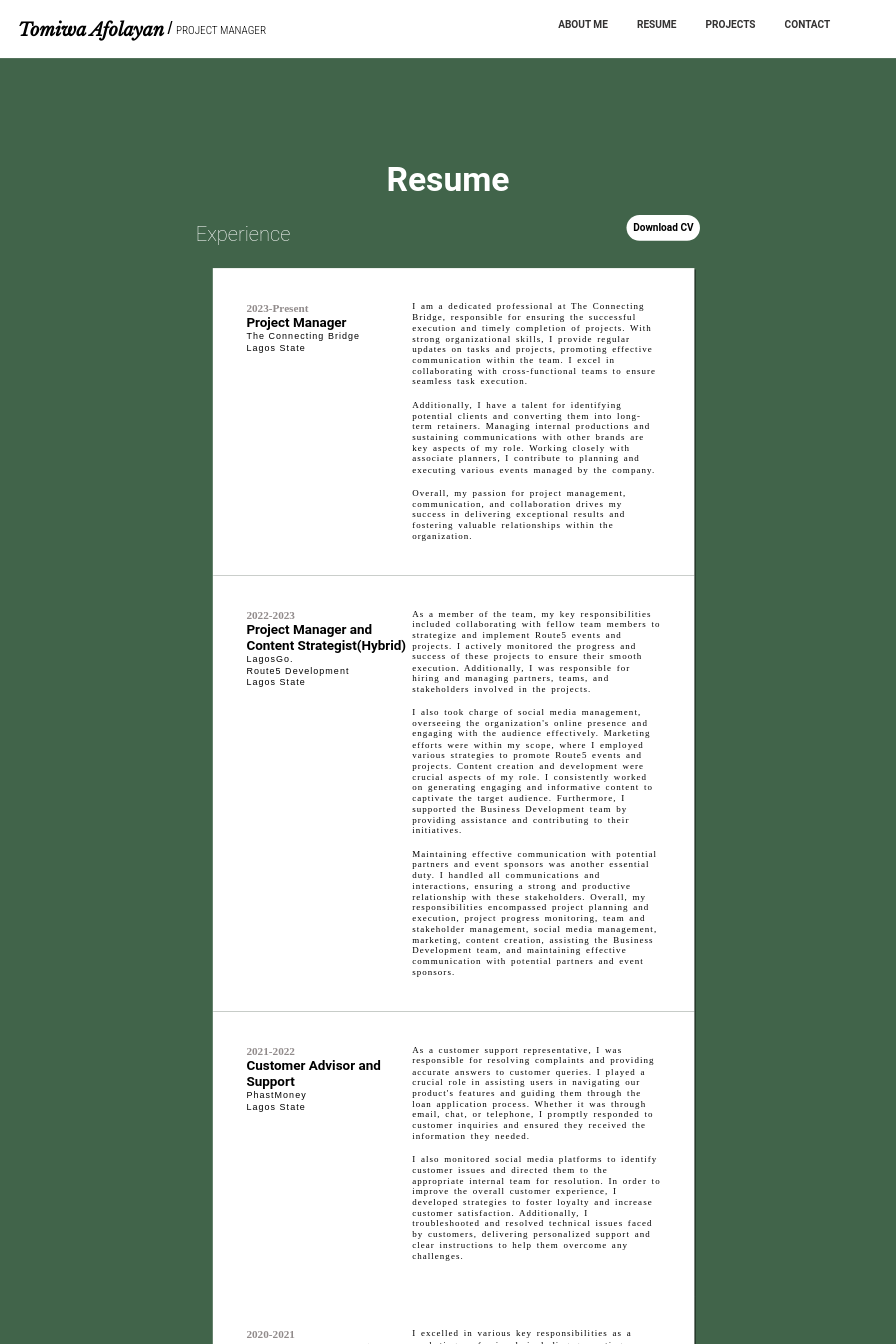
Repository: Nenepo/Tomiwa
Page: resume.html
The author's editor kept a copy of each file at every save. The page is drawn from the files as they stood at one save, then again after a run of saves.
The browser window is 1280 px wide. The pictures show the part of the page from y = 0 to 1920 px (the page is 4880 px tall), at 70% of full size.
Some web fonts or font styles are not loaded; a fallback is used. Some web libraries are served in a nearby version.

Above is the page before, as saved 2023-07-14 10:50:51.
Console error: TypeError: Cannot read properties of null (reading 'addEventListener')

### resume.html
<html lang="en">
  <head>
    <meta charset="UTF-8" />
    <meta http-equiv="X-UA-Compatible" content="IE=edge" />
    <meta name="viewport" content="width=device-width, initial-scale=1.0" />
    <meta title="" />

    <!-- Description Tag -->
    <meta
      name="description"
      content="I identify the project's goals, objectives, and scope and I also create a project plan that outlines the tasks, timelines, and resources required. Learn more about Tomiwa Afolayan's expertise and achievements in project management."
    />

    <!-- Keywords Tag -->
    <meta
      name="keywords"
      content="project manager, strategic planning, user experience, team leadership, agile methodology, market research, project management,  project planning, risk management"
    />

    <!-- Open Graph (OG) Tags -->
    <meta
      name="og:title"
      content="Tomiwa Afolayan - Project Manager | Agile Methodology | Stakeholder Management"
    />
    <meta
      name="og:description"
      content="Experienced project manager skilled in agile methodology, stakeholder management, and delivering successful projects."
    />
    <meta name="og:image" content="http://example.com/image.jpg" />

    <!-- Twitter Card Tags -->
    <meta
      name="twitter:title"
      content="Tomiwa Afolayan - Project Manager | Agile Methodology | Stakeholder Management"
    />
    <meta
      name="twitter:description"
      content="Experienced project manager skilled in agile methodology, stakeholder management, and delivering successful projects."
    />
    <meta name="twitter:image" content="http://example.com/image.jpg" />
    <link rel="preconnect" href="https://fonts.googleapis.com" />
    <link rel="preconnect" href="https://fonts.gstatic.com" crossorigin />
    <script
      src="https://kit.fontawesome.com/abc87d4716.js"
      crossorigin="anonymous"
    ></script>
    <link
      href="https://fonts.googleapis.com/css2?family=Libre+Baskerville:ital@1&family=Noto+Serif+Georgian:wght@800&family=Roboto+Condensed:wght@300;700&display=swap"
      rel="stylesheet"
    />
    <!-- Title Tag -->
    <title>
      Tomiwa Afolayan - Product Manager | Strategic Planning | User Experience
    </title>
    <link href="styles.css" rel="stylesheet" />
  </head>
  <body>
    <iframe
      class="header-frame"
      src="header.html"
      frameborder="0"
      scrolling="no"
      seamless
    ></iframe>
    <main>
      <section class="container-resume">
        <h2 class="resume">Resume</h2>
        <div class="experience">
          <div><h3>Experience</h3></div>
          <div> <a class="cv" href="../../cv/TomiwaCV.pdf" download>Download CV</a></div>

        </div>
        <div class="resume-box">
          <div class="resume-box1">
            <div class="details">
              <h4>2023-Present</h4>
              <h3>Project Manager</h3>
              <p>The Connecting Bridge</p>
              <p>Lagos State</p>
            </div>
            <div class="description">
              <p>
                I am a dedicated professional at The Connecting Bridge,
                responsible for ensuring the successful execution and timely
                completion of projects. With strong organizational skills, I
                provide regular updates on tasks and projects, promoting
                effective communication within the team. I excel in
                collaborating with cross-functional teams to ensure seamless
                task execution.
              </p>
              <br />
              <p>
                Additionally, I have a talent for identifying potential clients
                and converting them into long-term retainers. Managing internal
                productions and sustaining communications with other brands are
                key aspects of my role. Working closely with associate planners,
                I contribute to planning and executing various events managed by
                the company.
              </p>
              <br />
              <p>
                Overall, my passion for project management, communication, and
                collaboration drives my success in delivering exceptional
                results and fostering valuable relationships within the
                organization.
              </p>
            </div>
          </div>
          <div class="resume-box1">
            <div class="details">
              <h4>2022-2023</h4>
              <h3>Project Manager and Content Strategist(Hybrid)</h3>
              <p>LagosGo.</p>
              <p>Route5 Development</p>
              <p>Lagos State</p>
            </div>
            <div class="description">
              <p>
                As a member of the team, my key responsibilities included
                collaborating with fellow team members to strategize and
                implement Route5 events and projects. I actively monitored the
                progress and success of these projects to ensure their smooth
                execution. Additionally, I was responsible for hiring and
                managing partners, teams, and stakeholders involved in the
                projects.
              </p>
              <br />
              <p>
                I also took charge of social media management, overseeing the
                organization's online presence and engaging with the audience
                effectively. Marketing efforts were within my scope, where I
                employed various strategies to promote Route5 events and
                projects. Content creation and development were crucial aspects
                of my role. I consistently worked on generating engaging and
                informative content to captivate the target audience.
                Furthermore, I supported the Business Development team by
                providing assistance and contributing to their initiatives.
              </p>
              <br />
              <p>
                Maintaining effective communication with potential partners and
                event sponsors was another essential duty. I handled all
                communications and interactions, ensuring a strong and
                productive relationship with these stakeholders. Overall, my
                responsibilities encompassed project planning and execution,
                project progress monitoring, team and stakeholder management,
                social media management, marketing, content creation, assisting
                the Business Development team, and maintaining effective
                communication with potential partners and event sponsors.
              </p>
            </div>
          </div>
          <div class="resume-box1">
            <div class="details">
              <h4>2021-2022</h4>
              <h3>Customer Advisor and Support</h3>
              <p>PhastMoney</p>
              <p>Lagos State</p>
            </div>
            <div class="description">
              <p>
                As a customer support representative, I was responsible for
                resolving complaints and providing accurate answers to customer
                queries. I played a crucial role in assisting users in
                navigating our product's features and guiding them through the
                loan application process. Whether it was through email, chat, or
                telephone, I promptly responded to customer inquiries and
                ensured they received the information they needed.
              </p>
              <br />
              <p>
                I also monitored social media platforms to identify customer
                issues and directed them to the appropriate internal team for
                resolution. In order to improve the overall customer experience,
                I developed strategies to foster loyalty and increase customer
                satisfaction. Additionally, I troubleshooted and resolved
                technical issues faced by customers, delivering personalized
                support and clear instructions to help them overcome any
                challenges.
              </p>
            </div>
          </div>
          <div class="resume-box1">
            <div class="details">
              <h4>2020-2021</h4>
              <h3>Marketing Manager( Hybrid)</h3>
              <p>The Factory Work</p>
              <p>Abuja</p>
            </div>
            <div class="description">
              <p>
                I excelled in various key responsibilities as a marketing
                professional, including generating marketing leads through
                effective prospecting, developing impactful marketing campaigns
                for products and events, visualizing and maintaining consistent
                branding across various channels, and successfully managing
                event promotions from start to finish.
              </p>
            </div>
          </div>
          <div class="resume-box1">
            <div class="details">
              <h4>2019-2021</h4>
              <h3>Project Manager</h3>
              <p>Playhouse Entertainment</p>
              <p>Ilorin, Kwara State.</p>
            </div>
            <div class="description">
              <p>
                In my role, I was responsible for designing event content,
                identifying and engaging with projects, investors, sponsors,
                partners, and PR contacts, managing relationships with partners
                and stakeholders of the Play house project, supervising team
                activities, negotiating sponsorships and partnerships,
                organizing PR team and board meetings, managing budgets and
                implementing cost-effective plans for projects, and developing
                work plans for team members.
              </p>
            </div>
          </div>
          <div class="resume-box1">
            <div class="details">
              <h4>2019-2020</h4>
              <h3>Special Effects Artist & Welfare</h3>
              <p>Xclusive Filmworks</p>
              <p>Ilorin, Kwara State.</p>
            </div>
            <div class="description">
              <p>
                In my role, I was responsible for producing visually captivating
                effects, convincing illusions, and designs for stage shows,
                films, music concerts, and live performances, enhancing the
                overall visual experience for audiences. I prioritized the
                welfare of team members by ensuring their needs were met and
                taken care of in a timely manner during every meeting and
                production.
              </p>
              <br />
              <p>
                Additionally, I took on the responsibility of overseeing the
                well-being of all cast and crew members on set, creating a safe
                and positive working environment. Moreover, I successfully
                managed monthly budgets and production expenses, implementing
                effective cost control measures to optimize resource allocation.
              </p>
            </div>
          </div>
          <div class="resume-box1">
            <div class="details">
              <h4>2019-2020</h4>
              <h3>Bartender/ Mixologist</h3>
              <p>Zambezi Restaurant and Lounge</p>
              <p>Ilorin, Kwara State.</p>
            </div>
            <div class="description">
              <p>
                I developed and maintained positive relationships with customers
                and business partners, ensuring their satisfaction and fostering
                long-term partnerships. Collaborating closely with team members,
                I effectively coordinated sales efforts to maximize revenue
                generation and deliver exceptional customer service. Reporting
                on a daily basis, I provided management with accurate insights
                on drink sales and inventory.
              </p>
              <br />
              <p>
                Additionally, I showcased my creativity by creating a variety of
                cocktail and mocktail recipes, adding a touch of innovation to
                the menu offerings and enhancing the overall customer
                experience. Lastly, I provided bartending services to customers,
                consistently delivering high-quality service and cultivating a
                welcoming and enjoyable atmosphere.
              </p>
            </div>
          </div>
        </div>
        <div>
          <h3 class="education">Education</h3>
          <div class="resume-box">
            <div class="education-box">
              <div class="education-date">
                <p>2016 - 2021</p>
              </div>
              <div class="education-details">
                <p>University of Ilorin</p>
                <p>(B.A History and International Studies)</p>
              </div>
            </div>
          </div>
        </div>

        <div class="professional-skill">
          <h3>Professional Skillset</h3>
          <div class="resume-box">
            <div class="skills">
              <ul>
                <li>Administration</li>
                <li>Customer Service</li>
                <li>Record Keeping</li>
                <li>Social Media Account Management</li>
                <li>Digital Marketing</li>
                <li>Sales</li>
                <li>Writer</li>
                <li>Report Writing</li>
                <li>Event Planning</li>
                <li>Event host</li>
                <li>Microsoft word</li>
                <li>PowerPoint</li>
                <li>E-mail</li>
                <li>Content writing and development</li>
              </ul>
            </div>
          </div>
        </div>
        <div class="professional-skill">
          <h3>Soft Skills</h3>
          <div class="resume-box">
            <div class="skills">
              <ul>
                <li>Analytical</li>
                <li>Communication</li>
                <li>Internet Search</li>
                <li>Teamwork and Collaboration</li>
                <li>Meticulous</li>
                <li>Planning and Organizing</li>
                <li>Time Management</li>
                <li>Negotiation</li>
                <li>Decision Making</li>
                <li>Resourcefulness</li>
                <li>Problem-Solving</li>
              </ul>
            </div>
          </div>
        </div>
      </section>
    </main>

    <iframe
      class="footer-frame2"
      src="footer.html"
      frameborder="0"
      scrolling="no"
      seamless
    ></iframe>
  </body>
</html>

### header.html
<!DOCTYPE html>
<html lang="en">
  <head>
    <meta charset="UTF-8" />
    <meta http-equiv="X-UA-Compatible" content="IE=edge" />
    <meta name="viewport" content="width=device-width, initial-scale=1.0" />
    <meta title="" />

    <!-- Description Tag -->
    <meta
      name="description"
      content="I identify the project's goals, objectives, and scope and I also create a project plan that outlines the tasks, timelines, and resources required. Learn more about Tomiwa Afolayan's expertise and achievements in project management."
    />

    <!-- Keywords Tag -->
    <meta
      name="keywords"
      content="project manager, strategic planning, user experience, team leadership, agile methodology, market research, project management,  project planning, risk management"
    />

    <!-- Open Graph (OG) Tags -->
    <meta
      name="og:title"
      content="Tomiwa Afolayan - Project Manager | Agile Methodology | Stakeholder Management"
    />
    <meta
      name="og:description"
      content="Experienced project manager skilled in agile methodology, stakeholder management, and delivering successful projects."
    />
    <meta name="og:image" content="http://example.com/image.jpg" />

    <!-- Twitter Card Tags -->
    <meta
      name="twitter:title"
      content="Tomiwa Afolayan - Project Manager | Agile Methodology | Stakeholder Management"
    />
    <meta
      name="twitter:description"
      content="Experienced project manager skilled in agile methodology, stakeholder management, and delivering successful projects."
    />
    <meta name="twitter:image" content="http://example.com/image.jpg" />
    <link rel="preconnect" href="https://fonts.googleapis.com" />
    <link rel="preconnect" href="https://fonts.gstatic.com" crossorigin />
    <script src="https://kit.fontawesome.com/abc87d4716.js" crossorigin="anonymous"></script>
    <link
      href="https://fonts.googleapis.com/css2?family=Libre+Baskerville:ital@1&family=Noto+Serif+Georgian:wght@800&family=Roboto+Condensed:wght@300;700&display=swap"
      rel="stylesheet"
    />

    <!-- Title Tag -->
    <title>
      Tomiwa Afolayan - Product Manager | Strategic Planning | User Experience
    </title>
    <link href="styles.css" rel="stylesheet" />

  </head>
<body>
  <header class="header">
    <!-- Header content goes here -->
    <!-- HAMBURGER -->
    <div class="menu-icon">
      <span class="mdi mdi-view-headline"></span>
      <span class="mdi mdi-close"></span>
    </div>
    <div class="site-header">
      <h5 class="logo">Tomiwa Afolayan</h5>
      <p class="hyphen">/</p>
      <h6 class="tag-line">PROJECT MANAGER</h6>
    </div>
    <div class="nav">
      <ol>
        <li class="list-item">
          <a  href="aboutme.html" target="_blank">ABOUT ME</a>
        </li>
        <li class="list-item">
          <a  href="resume.html" target="_blank">RESUME</a>

        </li>
        <li class="list-item">
          <a  href="projects.html" target="_blank">PROJECTS</a>
        </li>
        <li class="list-item">
          <a href="contact.html" target="_blank">CONTACT</a>
        </li>
      </ol>
    </div>
  </header>
  <script src="script.js">

  </script>
</body>
</html>

### footer.html
<!DOCTYPE html>
<html lang="en">
  <head>
    <meta charset="UTF-8" />
    <meta http-equiv="X-UA-Compatible" content="IE=edge" />
    <meta name="viewport" content="width=device-width, initial-scale=1.0" />
    <meta title="" />

    <!-- Description Tag -->
    <meta
      name="description"
      content="I identify the project's goals, objectives, and scope and I also create a project plan that outlines the tasks, timelines, and resources required. Learn more about Tomiwa Afolayan's expertise and achievements in project management."
    />

    <!-- Keywords Tag -->
    <meta
      name="keywords"
      content="project manager, strategic planning, user experience, team leadership, agile methodology, market research, project management,  project planning, risk management"
    />

    <!-- Open Graph (OG) Tags -->
    <meta
      name="og:title"
      content="Tomiwa Afolayan - Project Manager | Agile Methodology | Stakeholder Management"
    />
    <meta
      name="og:description"
      content="Experienced project manager skilled in agile methodology, stakeholder management, and delivering successful projects."
    />
    <meta name="og:image" content="http://example.com/image.jpg" />

    <!-- Twitter Card Tags -->
    <meta
      name="twitter:title"
      content="Tomiwa Afolayan - Project Manager | Agile Methodology | Stakeholder Management"
    />
    <meta
      name="twitter:description"
      content="Experienced project manager skilled in agile methodology, stakeholder management, and delivering successful projects."
    />
    <meta name="twitter:image" content="http://example.com/image.jpg" />
    <link rel="preconnect" href="https://fonts.googleapis.com" />
    <link rel="preconnect" href="https://fonts.gstatic.com" crossorigin />
    <script src="https://kit.fontawesome.com/abc87d4716.js" crossorigin="anonymous"></script>
    <link
      href="https://fonts.googleapis.com/css2?family=Libre+Baskerville:ital@1&family=Noto+Serif+Georgian:wght@800&family=Roboto+Condensed:wght@300;700&display=swap"
      rel="stylesheet"
    />
    <!-- Title Tag -->
    <title>
      Tomiwa Afolayan - Product Manager | Strategic Planning | User Experience
    </title>
    <link href="styles.css" rel="stylesheet" />
  </head>
<body>

 <footer>
    <!-- Footer content goes here -->

    <p class="copyright">&copy; 2023 by Nafisa Faruna. All rights reserved.</p>
    <div class="footer-end">
      <div class="call">
        <p >Call</p>
        <a href="tel: +9166447557"><i class="fa-solid fa-phone" style="color: #000000;"></i></a>
      </div>
      <div class="write">
        <p >Write</p>
        <a href="mailto:tomiwaafolayan69@gmail.com"><i class="fa-solid fa-envelope" style="color: #000000;"></i></a>
      </div>
      <div class="follow">
        <p >Follow</p>
        <ol>
         <li><a href="https://twitter.com/irregularsam"><i class="fa-brands fa-twitter" style="color: #000000;"></i></a></li>
         <li><a href="https://www.instagram.com/tomiwa__afolayan/"><i class="fa-brands fa-linkedin-in" style="color: #000000;"></i></a></li>
         <li><a href="https://www.linkedin.com/in/tomiwa-afolayan-053242218"><i class="fa-brands fa-instagram" style="color: #000000;"></i></a></li>

        </ol>

       </div>
    </div>
  </footer>

</body>
</html>

Loaded but not shown: script.js (16 lines, source omitted); styles.css (1029 lines, source omitted)

After the next 2 saves:
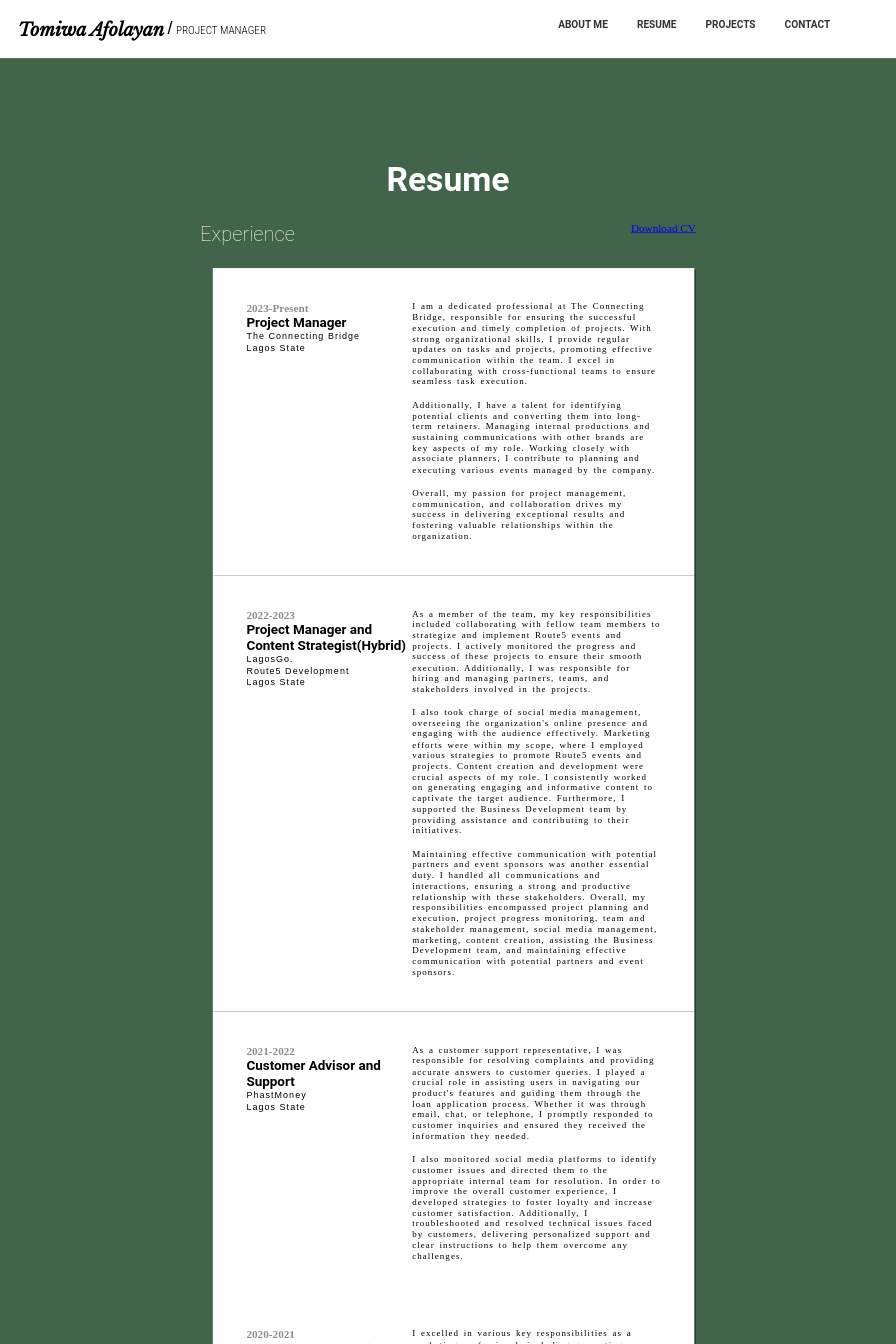
The 2 saves are shown as one change because they came seconds apart.
The last was saved 82 s later.
--- a/resume.html
+++ b/resume.html
@@ -67,7 +67,7 @@
         <h2 class="resume">Resume</h2>
         <div class="experience">
           <div><h3>Experience</h3></div>
-          <div> <a class="cv" href="../../cv/TomiwaCV.pdf" download>Download CV</a></div>
+          <div class="cv"> <a  href="../../cv/TomiwaCV.pdf" download>Download CV</a></div>
 
         </div>
         <div class="resume-box">
